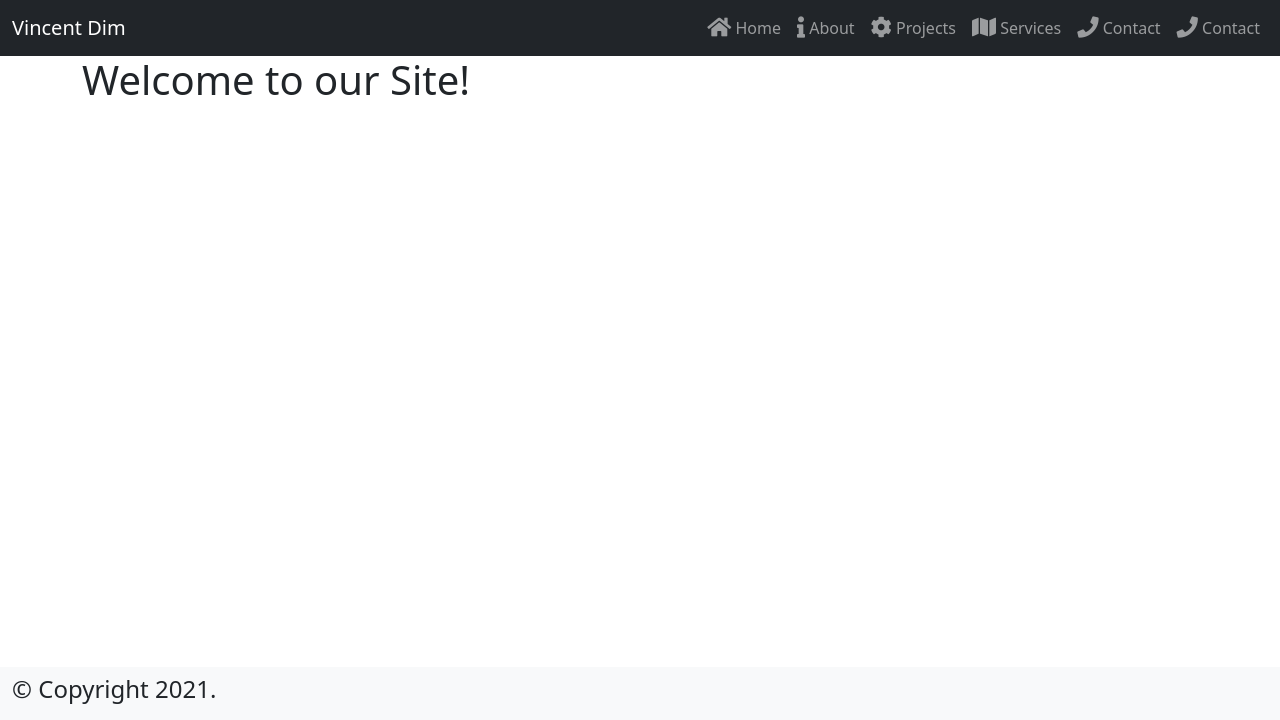
Repository: Vincent-Dim/-COMP229-M2021-A2
Page: http://localhost/
An editor plug-in stored every save of this project. The page is shown before and after the next save, followed by the edit.
The browser window is 1280 px wide. The pictures show the whole page.
The page is served by the project's Node server (index.js). Other server files are loaded and not shown.

Above is the page before, as saved 2021-06-18 17:33:33.

### Server/Views/index.ejs
<!DOCTYPE html>
<html lang="en">
<head>
  <meta charset="UTF-8">
  <meta http-equiv="X-UA-Compatible" content="IE=edge">
  <meta name="viewport" content="width=device-width, initial-scale=1.0">
  <title><%= title %></title>
  <!-- CSS Section -->
  <link rel="stylesheet" href="/bootstrap/dist/css/bootstrap.min.css">
  <link rel="stylesheet" href="/@fortawesome/fontawesome-free/css/all.min.css">
  <link rel="stylesheet" href="/Content/app.css">
</head>
<body>
  <!-- Navigation Section -->
  <header>
    <%- include('components/header.ejs'); %>
  </header>

  <!-- Main Content Section -->
  <main>
    <div class="container">
      <%- include('content/' + page + '.ejs'); %>
    </div>
  </main>

  <!-- Bottom Nav -->
  <footer>
    <%- include('components/footer.ejs'); %>
  </footer>

  <!-- JavaScript Section -->
  <script src="/jquery/dist/jquery.min.js"></script>
  <script src="/bootstrap/dist/js/bootstrap.min.js"></script>
  <script src="/Scripts/app.js"></script>
</body>
</html>

### Server/Views/components/header.ejs
<nav class="navbar navbar-expand-lg navbar-dark bg-dark">
    <div class="container-fluid">
      <a class="navbar-brand" href="#">Vincent Dim</a>
      <button class="navbar-toggler" type="button" data-bs-toggle="collapse" data-bs-target="#navbarSupportedContent" aria-controls="navbarSupportedContent" aria-expanded="false" aria-label="Toggle navigation">
        <span class="navbar-toggler-icon"></span>
      </button>
      <div class="collapse navbar-collapse" id="navbarSupportedContent">
        <ul class="navbar-nav ms-auto mb-2 mb-lg-0">
          <li class="nav-item">
            <a class="nav-link" href="/home"><i class="fas fa-home fa-lg"></i> Home</a>
          </li>
          <li class="nav-item">
            <a class="nav-link" href="/about"><i class="fas fa-info fa-lg"></i> About</a>
          </li>
          <li class="nav-item">
            <a class="nav-link" href="/projects"><i class="fas fa-cog fa-lg"></i> Projects</a>
          </li>
          <li class="nav-item">
            <a class="nav-link" href="/services"><i class="fas fa-map fa-lg"></i> Services</a>
          </li>
          <li class="nav-item">
            <a class="nav-link" href="/contact"><i class="fas fa-phone fa-lg"></i> Contact</a>
          </li>

          <!--clothing list secure area and authentication links-->
          <li class="nav-item">
            <a class="nav-link" href="/contact"><i class="fas fa-phone fa-lg"></i> Contact</a>
          </li>
        </ul>
      </div>
    </div>
  </nav>

### Server/Views/content/home.ejs
<h1>Welcome to our Site!</h1>

### Server/Views/components/footer.ejs
<nav class="navbar fixed-bottom navbar-light bg-light">
    <div class="container-fluid">
      <h4>&copy; Copyright 2021.</h4>
    </div>
  </nav>

### index.js
#!/usr/bin/env node
"use strict";
var __importDefault = (this && this.__importDefault) || function (mod) {
    return (mod && mod.__esModule) ? mod : { "default": mod };
};
Object.defineProperty(exports, "__esModule", { value: true });
const app_1 = __importDefault(require("./Server/Config/app"));
const debug_1 = __importDefault(require("debug"));
debug_1.default('week-4d:server');
const http_1 = __importDefault(require("http"));
let port = normalizePort(process.env.PORT || '3000');
app_1.default.set('port', port);
let server = http_1.default.createServer(app_1.default);
server.listen(port);
server.on('error', onError);
server.on('listening', onListening);
function normalizePort(val) {
    let port = parseInt(val, 10);
    if (isNaN(port)) {
        return val;
    }
    if (port >= 0) {
        return port;
    }
    return false;
}
function onError(error) {
    if (error.syscall !== 'listen') {
        throw error;
    }
    var bind = typeof port === 'string'
        ? 'Pipe ' + port
        : 'Port ' + port;
    switch (error.code) {
        case 'EACCES':
            console.error(bind + ' requires elevated privileges');
            process.exit(1);
            break;
        case 'EADDRINUSE':
            console.error(bind + ' is already in use');
            process.exit(1);
            break;
        default:
            throw error;
    }
}
function onListening() {
    let addr = server.address();
    let bind = typeof addr === 'string'
        ? 'pipe ' + addr
        : 'port ' + addr.port;
    debug_1.default('Listening on ' + bind);
}
//# sourceMappingURL=index.js.map

### Server/Controllers/index.js
"use strict";
Object.defineProperty(exports, "__esModule", { value: true });
exports.DisplayContactPage = exports.DisplayServicesPage = exports.DisplayProjectsPage = exports.DisplayAboutPage = exports.DisplayHomePage = void 0;
function DisplayHomePage(req, res, next) {
    res.render('index', { title: 'Home', page: 'home' });
}
exports.DisplayHomePage = DisplayHomePage;
function DisplayAboutPage(req, res, next) {
    res.render('index', { title: 'About Us', page: 'about' });
}
exports.DisplayAboutPage = DisplayAboutPage;
function DisplayProjectsPage(req, res, next) {
    res.render('index', { title: 'Our Projects', page: 'projects' });
}
exports.DisplayProjectsPage = DisplayProjectsPage;
function DisplayServicesPage(req, res, next) {
    res.render('index', { title: 'Our Services', page: 'services' });
}
exports.DisplayServicesPage = DisplayServicesPage;
function DisplayContactPage(req, res, next) {
    res.render('index', { title: 'Contact Us', page: 'contact' });
}
exports.DisplayContactPage = DisplayContactPage;
//# sourceMappingURL=index.js.map

### Client/Content/app.css
.input-group-addon:first-child
{
    border-right: 0;
}

.input-group-addon
{
    padding: 6px 12px;
    font-size: 14px;
    font-weight: 400;
    line-height: 1;
    text-align: center;
    border: 1px solid darkgrey;
    border-radius: 4px;
}

.input-group-addon .fa
{
    font-size: 18px;
}

.input-group .form-control
{
    position:relative;
    z-index: 2;
    float:left;
    margin-bottom: 0;
}

.input-group .form-control:last-child
{
    border-top-left-radius: 0;
    border-bottom-left-radius: 0;
}



.login
{
    padding: 2rem 1rem;
    margin-bottom: 2rem;
    background-color: lightgrey;
    border-radius: .3rem;
}

.login input
{
    background-color: white;
    border-color: darkgrey;
    border-radius: .4em;
    width: 100%;
}

.edit-task
{
    position: relative;
    top: -31px;
    display: none;
}

### Client/Scripts/app.js
"use strict";
(function () {
    function confirmDelete() {
        $("a.delete").on("click", function (event) {
            if (!confirm("Are you sure?")) {
                event.preventDefault();
                location.href = '/clothing-list';
            }
        });
    }
    function Start() {
        console.log("App Started");
        confirmDelete();
    }
    window.addEventListener("load", Start);
})();
//# sourceMappingURL=app.js.map

After the next save:
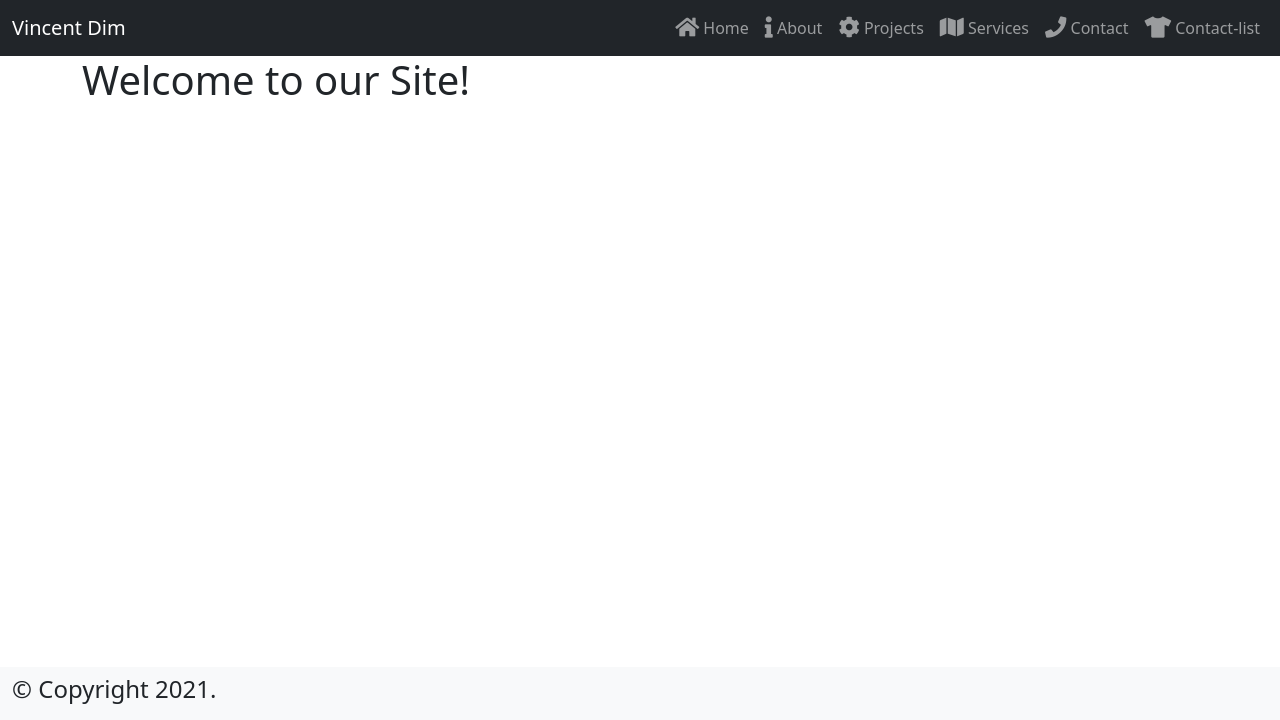
Saved 2 min 19 s later.
--- a/Server/Views/components/header.ejs
+++ b/Server/Views/components/header.ejs
@@ -24,7 +24,7 @@
 
           <!--clothing list secure area and authentication links-->
           <li class="nav-item">
-            <a class="nav-link" href="/contact"><i class="fas fa-phone fa-lg"></i> Contact</a>
+            <a class="nav-link" href="/contact-list"><i class="fas fa-tshirt fa-lg"></i> Contact-list</a>
           </li>
         </ul>
       </div>
